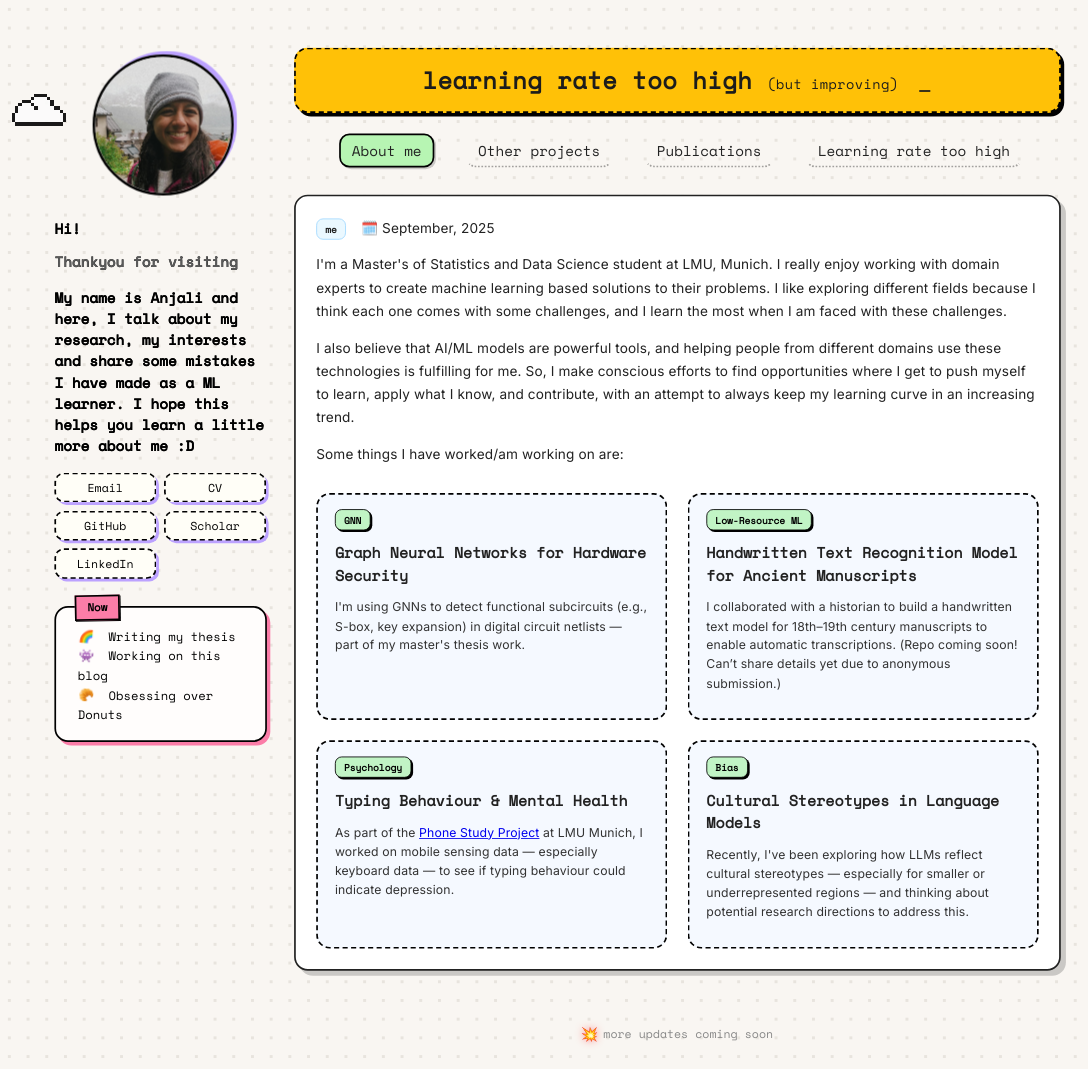
Repository: anjalisarawgi/learning_rate_too_high
Page: index.html
An editor plug-in stored every save of this project. The page is shown before and after the next save, followed by the edit.
The browser window is 1280 px wide. The pictures show the whole page, at 85% of full size.

Above is the page before, as saved 2025-11-04 17:04:24.

### index.html
<!DOCTYPE html>
<html lang="en">
<head>
  <meta charset="UTF-8" />
  <meta name="viewport" content="width=device-width, initial-scale=1.0" />
  <meta name="title" content="Learning Rate Too High – Machine Learning Mistakes by Anjali Sarawgi">
  <meta name="description" content="A lighthearted blog documenting my ML experiments, mistakes, and lessons learned.">
  <meta name="author" content="Anjali Sarawgi">
  <meta name="robots" content="index, follow">
  <link rel="canonical" href="https://anjalisarawgi.github.io/learning_rate_too_high/">
  <title>learning rate too high</title>
  <!-- <link href="https://fonts.googleapis.com/css2?family=Space+Mono&family=Press+Start+2P&display=swap" rel="stylesheet"> -->
  <link href="https://fonts.googleapis.com/css2?family=Space+Mono&family=Press+Start+2P&family=Inter&display=swap" rel="stylesheet">
  <style>
    body {
      font-family: 'Space Mono', monospace;
      background-color: #F9F6F2;
      margin: 0;
      padding: 2rem;
      /* background-image: radial-gradient(#ebe9e9 2px, transparent 1px); */
      /* background-image: radial-gradient(#E0DBD2 2px, transparent 2px); */
      /* background-size: 22px 22px; */
      background-image: radial-gradient(#E8E4DE 2px, transparent 2px);
  background-size: 22px 22px;
    }

    header {
      background: #FFC107;
      color: #1C1C1C;
      padding: 1rem 2rem;
      font-size: 1.75rem;
      font-weight: 700;
      font-family: 'Space Mono', monospace;
      border: 2px dashed #000;
      border-radius: 1rem;
      box-shadow: 4px 4px 0 #000;
      max-width: 900px;
      margin: 1.5rem auto;
      text-align: center;
      letter-spacing: 0.5px;
      transition: all 0.2s ease;

    }

    .cursor {
      display: inline-block;
      margin-left: 0.3rem;
      animation: blink 1s steps(2, start) infinite;
      font-weight: 400;
    }

    @keyframes blink {
      to {
        visibility: hidden;
      }
    }

    nav {
  display: flex;
  justify-content: center;
  gap: 1.8rem;
  margin-top: 1.2rem;
  margin-bottom: 1.2rem;
}

nav a {
  display: inline-block;
  font-family: 'Space Mono', monospace;
  font-size: 1.05rem;
  color: #222;
  text-decoration: none;
  border: 2px solid transparent; /* reserve space for border */
  border-bottom: 2px dotted rgba(0, 0, 0, 0.35);
  border-radius: 12px;
  padding: 0.35rem 0.8rem; /* consistent padding for all */
  margin-left: 0.5rem;
  transition: all 0.2s ease;
  text-underline-offset: 4px;
}

nav a:hover {
  border-bottom: 2px dotted #000;
  color: #000;
  transform: translateY(-1px);
}

nav a.active {
  background-color: #b7f5b3;
  border: 2px solid #000; /* now just colors in the reserved border space */
  border-bottom: 2px solid #000;
  box-shadow: 2px 2px 0 #00000030;
  transform: none;
}



.card {
      background: #fff;
      border: 2px solid #222;
      border-radius: 1rem;
      box-shadow: 6px 6px 0 #00000030;
      padding: 1.5rem;
      margin: 2rem auto;
      max-width: 900px;
      transition: all 0.2s ease;


    }

    /* .card:hover {
      box-shadow: 8px 8px 0 #aaa;
      transform: translate(-2px, -2px);
    } */

    .card h2 {
      margin-top: 0;
      color: #222;
    }

    .card small {
      color: #555;
    }

    .tag {
      display: inline-block;
      background: #EAF8FF;
      color: #1C1C1C;
      border: 1px solid #A1D8FF;
      font-size: 0.7rem;
      font-weight: bold;
      padding: 0.2rem 0.6rem;
      margin-right: 0.5rem;
      border-radius: 0.5rem;
    }

    .footer-cta {
      text-align: center;
      margin-top: 4rem;
      font-size: 1rem;
    }


/*
.now-block:hover {
  transform: translate(-2px, -2px);
  box-shadow: 6px 6px 0 #ffccb6;
  background: #fff4f0;
} */
    footer {
      text-align: center;
      margin-top: 4rem;
      color: #888;
      font-size:
       0.85rem;
    }

    .intro-bold {
      font-weight: 700;
      font-size: 1.05rem;
      /* color: #111; */
      text-shadow: 0.1px 0.1px #111
    }
    .cute-photo {
  width: 160px;
  height: 160px;
  object-fit: cover;
  border: 3px solid #000;
  box-shadow: 4px 4px 0 #bca2ff;
  /* box-shadow: 4px 4px 0 #a2d2ff; soft blue shadow */
    /* box-shadow: 4px 4px 0 #f4a7a0; pastel red shadow */
  background-color: #fff8e1;
  background: radial-gradient(circle at 30% 30%, #fff8e1 0%, #f2e3ff 80%);
  border-radius: 50%;
  margin: 0 auto 1.5rem auto;
  display: block;

  /* Proper flower mask pattern */
  mask: radial-gradient(circle at center, black 60%, transparent 61%)
        repeat-conic-gradient(black 0deg 20deg, transparent 20deg 40deg);
  -webkit-mask: radial-gradient(circle at center, black 60%, transparent 61%)
                repeat-conic-gradient(black 0deg 20deg, transparent 20deg 40deg);
  mask-composite: intersect;
  -webkit-mask-composite: destination-in;

  transition: transform 0.3s ease;
  transform: rotate(-90deg);
}

.pumpkin-mascot {
  position: fixed;
  bottom: 20px;
  right: 20px;
  width: 60px;
  image-rendering: pixelated; /* keeps that crisp pixel look */
  z-index: 1000;
  transition: transform 0.3s ease;
}
.pumpkin-mascot:hover {
  transform: rotate(8deg) scale(1.1);
}


.profile-photo {
  position: relative;
  z-index: 2;  /* photo stays in front */
  width: 200px; /* adjust to your photo size */
  border-radius: 12px;
}

.photo-container {
  position: relative;
  width: 160px;      /* match your photo size */
  height: 160px;
  margin: 0 auto 2rem auto;
}

.cute-photo {
  position: relative;
  z-index: 2;         /* bring photo above */
  width: 160px;
  height: 160px;
  object-fit: cover;
  border: 3px solid #000;
  box-shadow: 4px 4px 0 #bca2ff;
  background-color: #fff8e1;
  background: radial-gradient(circle at 30% 30%, #fff8e1 0%, #f2e3ff 80%);
  border-radius: 50%;
  display: block;
  margin: 0 auto;
  transition: transform 0.3s ease;
  transform: rotate(-90deg);
}

.cloud-behind {
  position: absolute;
  top: 20px;
  left: -100px;
  width: 120px;
  z-index: 1;          /* this ensures it’s BEHIND the photo */
  image-rendering: pixelated;
  animation: floatCloud 18s ease-in-out infinite;
  opacity: 0.8;
  pointer-events: none; /* prevents blocking clicks on the photo */
}

@keyframes floatCloud {
  0% {
    transform: translateX(-60px);
    opacity: 0.6;
  }
  25% {
    transform: translateX(0);
    opacity: 0.9;
  }
  50% {
    transform: translateX(60px);
    opacity: 0.9;
  }
  75% {
    transform: translateX(0);
    opacity: 0.8;
  }
  100% {
    transform: translateX(-60px);
    opacity: 0.6;
  }
}


.emoji {
  display: inline-block;
  animation: emojiWiggle 1.5s infinite ease-in-out;
  transform-origin: center;
}

@keyframes emojiWiggle {
  0%, 100% {
    transform: rotate(0deg);
  }
  25% {
    transform: rotate(8deg);
  }
  50% {
    transform: rotate(-8deg);
  }
  75% {
    transform: rotate(4deg);
  }
}

.cute-photo:hover {
  box-shadow: 0 0 10px rgba(188, 162, 255, 0.4);
  transform: scale(1.05);
}
    /* .cute-photo:hover {
  transform: rotate(2deg) scale(1.05);
  transition: all 0.3s ease;
} */
    /* Make text inside .card paragraphs and lists use Inter instead of Space Mono */
/* Card body text with smaller, cleaner font */
.card p,
.card li,
.card small {
  font-family: 'Inter', sans-serif;
  font-size: 1rem;           /* ↑ from 0.85rem */
  line-height: 1.7;          /* better readability */
  color: #222;               /* darker text for contrast */
  letter-spacing: 0.01rem;   /* subtle polish */
}

/* Card headings stay Space Mono */
.card h2 {
  font-family: 'Space Mono', monospace;
  font-size: 1.3rem;         /* Optional: Slightly smaller heading too */
}
ul li {
  margin-bottom: 0.7rem; /* adjust value as needed */
  line-height: 1.6; /* optional: improves readability */
}
.project-card {
  background: #F5F9FF;
  border: 2px dashed #000;
  border-radius: 1rem;
  /* box-shadow: 2px 2px 0 #000; */
  padding: 1rem 1.25rem;
  margin: 0;
  transition: all 0.25s ease;
}


.project-card:hover {
  transform: translate(-2px, -2px);
  box-shadow: 4px 4px 0 #00000030;
  background: #eff5ff;
}

.project-card h4 {
  font-family: 'Space Mono', monospace;
  font-size: 1.1rem;
  margin: 0.4rem 0;
  color: #222;
}

.project-card p {
  font-family: 'Inter', sans-serif;
  font-size: 0.9rem;
  line-height: 1.55;
  color: #333;
}

.project-card .tag {
  display: inline-block;
  background: #C1F4C5;
  border: 1px solid #000;
  border-radius: 0.5rem;
  font-size: 0.7rem;
  font-weight: bold;
  padding: 0.2rem 0.6rem;
  margin-bottom: 0.4rem;
  color: #000;
  box-shadow: 2px 2px 0 #000;
}

.projects-section {
  display: grid;
  grid-template-columns: repeat(auto-fit, minmax(320px, 1fr));
  gap: 1.5rem;
  margin-top: 2rem;
}
.projects-section h3 {
  font-family: 'Space Mono', monospace;
  font-size: 1.2rem;
  margin-top: 2rem;
  color: #222;
  text-shadow: 1px 1px #fff;
}

footer .boom {
  display: inline-block;
  animation: boomPulse 2s infinite;
  filter: drop-shadow(0 0 4px rgba(255, 0, 0, 0.4));
}

@keyframes boomPulse {
  0%, 100% { transform: scale(1); }
  50% { transform: scale(1.2); }
}

.contact-links {
  display: flex;
  flex-wrap: wrap;
  gap: 0.6rem;
  margin: 1.2rem 0;
}

.contact-links a {
  display: inline-block;
  text-decoration: none;
  color: #000;
  background: #fffef7;
  border: 2px dashed #000;
  border-radius: 0.7rem;
  padding: 0.35rem 0.8rem;
  font-family: 'Space Mono', monospace;
  font-size: 0.85rem;
  box-shadow: 3px 3px 0 #bca2ff;
  transition: all 0.2s ease;
  text-align: center;
  min-width: 90px;
}

.contact-links a:hover {
  background: #C1F4C5;
  box-shadow: 4px 4px 0 #000;
  transform: translate(-2px, -2px);
}

.contact-links a span {
  margin-right: 0.4rem;
  font-size: 0.9rem;
  vertical-align: middle;
}
.now-block {
  position: relative;
  background: #fffdfc;
  border: 2px solid #000;
  border-radius: 1rem;
  box-shadow: 4px 4px 0 #FB7DA8;
  padding: 1.4rem 1.6rem 1.2rem 1.6rem;
  margin-top: 2rem;
  font-family: 'Space Mono', monospace;
  font-size: 0.9rem;
  color: #000;
  transition: all 0.25s ease;
  max-width: 220px; /* keeps it compact */
}

/* .now-block:hover {
  transform: translate(-2px, -2px);
  box-shadow: 6px 6px 0 #000;
  background: #fff8e7;
} */

/* "Now" tab — fixed placement and better sizing */
.now-block::before {
  content: "Now";
  position: absolute;
  top: -0.9rem;
  left: 1.4rem;
  background: #FB7DA8;
  border: 2px solid #000;
  /* border-radius: 6px 6px 0 0; */
  padding: 0.2rem 0.8rem 0.25rem;
  font-size: 0.8rem;
  font-weight: bold;
  box-shadow: 1px 1px 0 #000;
  transform: rotate(-1deg);
}

/* List styling */
.now-block p {
  margin: 0;
  line-height: 1.6;
  text-align: left;
}

.now-block .emoji {
  margin-right: 0.5rem;
  display: inline-block;
  width: 1.2rem;
  text-align: center;
}


  </style>
</head>
<body>
  <div style="display: flex; max-width: 1400px; margin: 0 auto;">
    <aside style="width: 250px; padding: 2rem; font-family: 'Space Mono', monospace;">
      <!-- <img
      src="myphoto2.jpeg"
      alt="Anjali Sarawgi"
      class="cute-photo"> -->
      <div class="photo-container">
        <img src="cloud_image.png" alt="Cloud mascot" class="cloud-behind">
        <img src="myphoto2.jpeg" alt="Anjali photo" class="cute-photo">
      </div>
      <h2 class="intro-bold" style="margin-top: 0;">Hi!</h2>
      <h3 class="intro-bold" style="margin-top: 0; color: #5a5a5a;">Thankyou for visiting</h3>
      <p class="intro-bold">
        My name is <strong>Anjali</strong> and here, I talk about my research, my interests and share some mistakes I have made as a ML learner. I hope this helps you learn a little more about me :D
      </p>
      <div class="contact-links">
        <a href="mailto:anjali.sarawgi9@gmail.com">Email</a>
        <a href="cv.pdf" target="_blank">CV</a>
        <a href="https://github.com/anjalisarawgi" target="_blank">GitHub</a>
        <a href="https://scholar.google.com/citations?user=S54iOkAAAAAJ&hl=en" target="_blank">Scholar</a>
        <a href="https://www.linkedin.com/in/anjali-sarawgi/" target="_blank">LinkedIn</a>
      </div>
      <!-- <a href="mailto:anjali.sarawgi9@gmail.com" style="display: flex; align-items: center; gap: 0.4rem; text-decoration: none; color: #000;"> -->
        <!-- Email Icon -->
        <!-- <svg xmlns="http://www.w3.org/2000/svg" width="16" height="16" fill="currentColor" viewBox="0 0 24 24">
          <path d="M2 4h20v16H2V4zm2 2v.511l8 5.334 8-5.334V6H4zm0 2.489V18h16V8.489l-8 5.333-8-5.333z"/>
        </svg>
        <span>Email</span>
      </a> -->


      <!-- GitHub -->
      <!-- <a href="https://github.com/anjalisarawgi" target="_blank" style="display: flex; align-items: center; gap: 0.4rem; text-decoration: none; color: #000;">
        <svg xmlns="http://www.w3.org/2000/svg" width="16" height="16" fill="currentColor" viewBox="0 0 24 24">
          <path d="M12 0C5.37 0 0 5.37 0 12a12 12 0 008.21 11.43c.6.11.82-.26.82-.58v-2.02c-3.34.73-4.04-1.61-4.04-1.61-.55-1.38-1.35-1.75-1.35-1.75-1.1-.76.08-.74.08-.74 1.22.09 1.87 1.25 1.87 1.25 1.08 1.85 2.84 1.31 3.54 1 .11-.79.42-1.31.76-1.61-2.66-.3-5.47-1.33-5.47-5.91 0-1.31.47-2.38 1.24-3.22-.12-.3-.54-1.52.12-3.17 0 0 1-.32 3.29 1.23A11.45 11.45 0 0112 6.84c1.02.01 2.04.14 3 .42 2.29-1.55 3.29-1.23 3.29-1.23.66 1.65.24 2.87.12 3.17.77.84 1.24 1.91 1.24 3.22 0 4.6-2.82 5.61-5.5 5.91.43.37.81 1.09.81 2.21v3.27c0 .32.22.69.83.57A12 12 0 0024 12c0-6.63-5.37-12-12-12z"/>
        </svg>
        <span>GitHub</span>
      </a> -->



      <div class="now-block">
        <!-- <h3>Now</h3> -->
        <!-- <p>🌈 Writing my thesis<br>👾 Working on this blog <br>🥐 Obsessing over Donuts</p> -->
        <p>
          <span class="emoji">🌈</span> Writing my thesis<br>
          <span class="emoji">👾</span> Working on this blog<br>
          <span class="emoji">🥐</span> Obsessing over Donuts
        </p>
      </div>
    </aside>

    <main style="flex: 1;">
      <header>learning rate too high  <span style="font-size: 1rem; font-weight: 400;">(but improving)</span>
      <span class="cursor">_</span></header>
      <nav>
        <a href="#" data-tab="about" class="active" >About me</a>
        <a href="#" data-tab="other-projects">Other projects</a>
        <a href="#" data-tab="publications">Publications</a>
        <a href="#" data-tab="learning-rate-too-high">Learning rate too high</a>
        <!-- <a href="#" data-tab="loss-infinity">mistakes!</a> -->
        <!-- <a href="#" data-tab="raw-text">uncertainity?</a> -->
        <!-- <a href="#" data-tab="wrong-script">wrong script AGAIN!</a> -->
        <!-- <a href="#" data-tab="wrong-script">package version/s</a> -->
        <!-- <a href="#" data-tab="wrong-script">parameters are IMP</a> -->
        <!-- <a href="#" data-tab="wrong-script">some research directions i think of</a> -->
        <!-- <a href="#" data-tab="wrong-script">the data problem</a> -->

        <!-- <a href="#" data-tab="shuffled-labels">shuffled labels</a> -->
      </nav>

      <div class="card" data-tab-content="wrong-script" style="display: none;">
        <div class="tag">bug</div><div class="tag">torch</div>
        <h2>correct code ... wrong script in training</h2>
        <small>🗓️ May, 2025</small>
        <p>I trained a model. I tweaked layers. I changed the loss function. I cursed PyTorch.<br>Nothing changed.<br><br>Turns out, I was editing <code>train.py</code> in folder A and running <code>train.py</code> in folder B. The curse was me.</p>
      </div>

      <div class="card" data-tab-content="loss-infinity" style="display: none;">
        <div class="tag">loss</div><div class="tag">div/0</div>
        <h2>loss infinity</h2>
        <small>🗓️ Jul 10, 2025</small>
        <p>My model diverged so hard it reached theological questions.<br>Turns out I forgot to normalize the input. Again. And again. And again...</p>
      </div>

      <div class="card" data-tab-content="raw-text" style="display: none;">
        <div class="tag">gnn</div><div class="tag">raw text</div>
        <h2>raw text to GNN</h2>
        <small>🗓️ Jun 5, 2025</small>
        <p>I tried putting raw text directly into a GNN.<br>It screamed. I listened.<br>Don't do it.</p>
      </div>

      <div class="card" data-tab-content="shuffled-labels" style="display: none;">
        <div class="tag">labels</div><div class="tag">oops</div>
        <h2>shuffled labels</h2>
        <small>🗓️ May 18, 2025</small>
        <p>I shuffled my data and accidentally shuffled the labels *separately*.<br>The model got creative, but not in a good way.</p>
      </div>

      <div class="card" data-tab-content="about" style="display: block;">
        <div class="tag">me</div>
        <!-- <h2>About me</h2> -->
        <small>🗓️ September, 2025</small>
        <!-- <h2>Hi, I'm Anjali ✨</h2> -->
        <p>I'm a Master's  of Statistics and Data Science student at LMU, Munich. I really enjoy working with domain experts to create machine learning based solutions to their problems. I like exploring different fields because I think each one comes with some challenges, and I learn the most when I am faced with these challenges.        </p>
        <p>I also believe that AI/ML models are powerful tools, and helping people from different domains use these technologies is fulfilling for me. So, I make conscious efforts to find opportunities where I get to push myself to learn, apply what I know, and contribute, with an attempt to always keep my learning curve in an increasing trend.</p>
        <p>Some things I have worked/am working on are:</p>
        <div class="projects-section">
          <div class="project-card">
            <div class="tag">GNN</div>
            <h4>Graph Neural Networks for Hardware Security</h4>
            <p>
              I'm using GNNs to detect functional subcircuits (e.g., S-box, key expansion)
              in digital circuit netlists — part of my master's thesis work.
            </p>
          </div>

          <div class="project-card">
            <div class="tag">Low-Resource ML</div>
            <h4>Handwritten Text Recognition Model for Ancient Manuscripts</h4>
            <p>
              I collaborated with a historian to build a handwritten text model for
              18th–19th century manuscripts to enable automatic transcriptions.
              (Repo coming soon! Can’t share details yet due to anonymous submission.)
            </p>
          </div>

          <div class="project-card">
            <div class="tag">Psychology</div>
            <h4>Typing Behaviour & Mental Health</h4>
            <p>
              As part of the <a href="https://phonestudy.org/en/" target="_blank">Phone Study Project</a> at LMU Munich,
              I worked on mobile sensing data — especially keyboard data —
              to see if typing behaviour could indicate depression.
            </p>
          </div>

          <div class="project-card">
            <div class="tag">Bias</div>
            <h4>Cultural Stereotypes in Language Models</h4>
            <p>
              Recently, I've been exploring how LLMs reflect cultural stereotypes —
              especially for smaller or underrepresented regions —
              and thinking about potential research directions to address this.
            </p>
          </div>
        </div>

        <!-- <ul>
          <li><strong>Graph Neural Networks</strong> -> I am using GNNs to detect functional subcircuits (e.g., Sbox, key expansion) in digital circuit netlists. This is a part of my master's thesis.
          <li><strong>Low-Resource ML</strong> -> I collaborated with a historian to build a handwritten text model for 18th and 19th century manuscripts to enable automatic transcriptions (repo to be released soon!) [<i>cannot say alot about this since we have a anonymous conference submission</i>]
          <li><strong>Psycological Research</strong> -> At LMU, Munich, I worked for the Phone study project (https://phonestudy.org/en/), where they capture and study mobile sensing data for finding methods to understand the users mental health. Here, very interestingly I worked on the keyboard data, where I prepared the data, and created features to see if users typing behaviour can indicate depression.
          <li><strong>Cultural bias</strong> -> Very recently, I have been very intrigued with the cultural stereotypes most large language models capture, especially the smaller and less represented regions, and I have been trying to infer these behaviours to see for another possible research direction i could work on this winter of 2025.  -->
             <!-- Particularly, I am curious to evaluate how these models handle smaller or less represented regions, for example Nepal. I think it would be very interesting to see if we can identify and solve for the biases in the dataset it was trained on itself. -->
        <!-- </ul> -->
      </div>
      <footer>
        <span class="boom">💥</span> more updates coming soon
      </footer>
      <!-- <img src="Cloud.png" alt="Cloud mascot" class="cloud-mascot"> -->
    </main>
  </div>

  <!-- JS for tab switching -->
  <script>
    const tabs = document.querySelectorAll('nav a');
    const cards = document.querySelectorAll('[data-tab-content]');

    tabs.forEach(tab => {
      tab.addEventListener('click', (e) => {
        e.preventDefault();
        const target = tab.getAttribute('data-tab');

        // Hide all cards
        cards.forEach(card => {
          card.style.display = 'none';
        });

        // Remove 'active' class from all tabs
        tabs.forEach(t => t.classList.remove('active'));

        // Add 'active' to clicked tab
        tab.classList.add('active');

        // Show the matching card
        const activeCard = document.querySelector(`[data-tab-content="${target}"]`);
        if (activeCard) activeCard.style.display = 'block';
      });
    });
  </script>
</body>
</html>

After the next save:
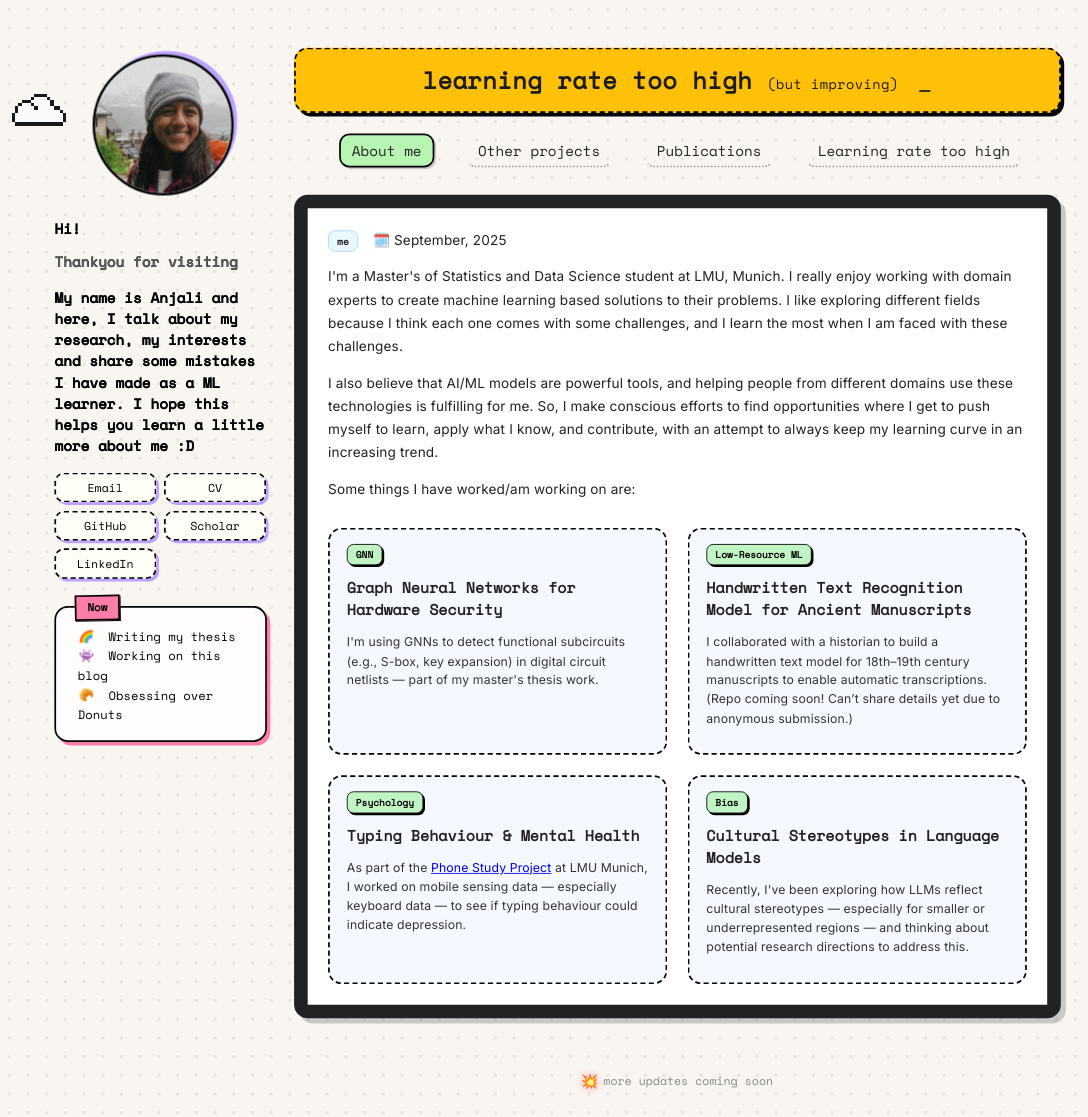
Saved 37 s later.
--- a/index.html
+++ b/index.html
@@ -96,7 +96,7 @@ nav a.active {
 
 .card {
       background: #fff;
-      border: 2px solid #222;
+      border: 1rem solid #222;
       border-radius: 1rem;
       box-shadow: 6px 6px 0 #00000030;
       padding: 1.5rem;
